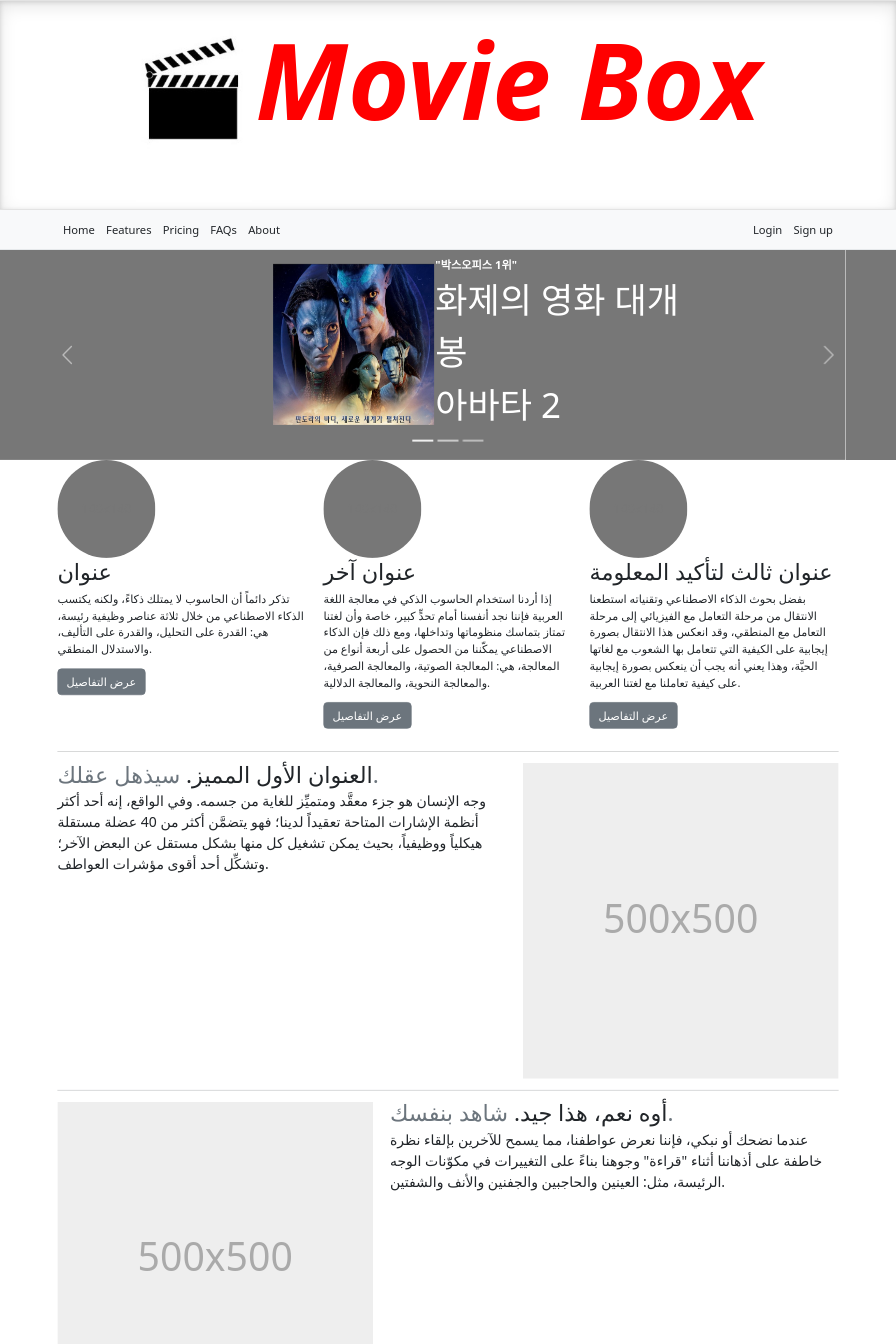
Repository: SpearManCN/MovieBox-2nd-Project-
Page: http://localhost/prj_01/WEB-INF/views/mainForm.jsp
The author's editor kept a copy of each file at every save. The page is drawn from the files as they stood at one save, then again after the next save.
The browser window is 1280 px wide. The pictures show the part of the page from y = 0 to 1920 px (the page is 2582 px tall), at 70% of full size.
The page is served by Tomcat 9. Nobody is signed in. The template is opened directly, without the code that normally fills it, so the values that code supplies are empty.

Above is the page before, as saved 2022-12-12 13:46:56.

After the next save:
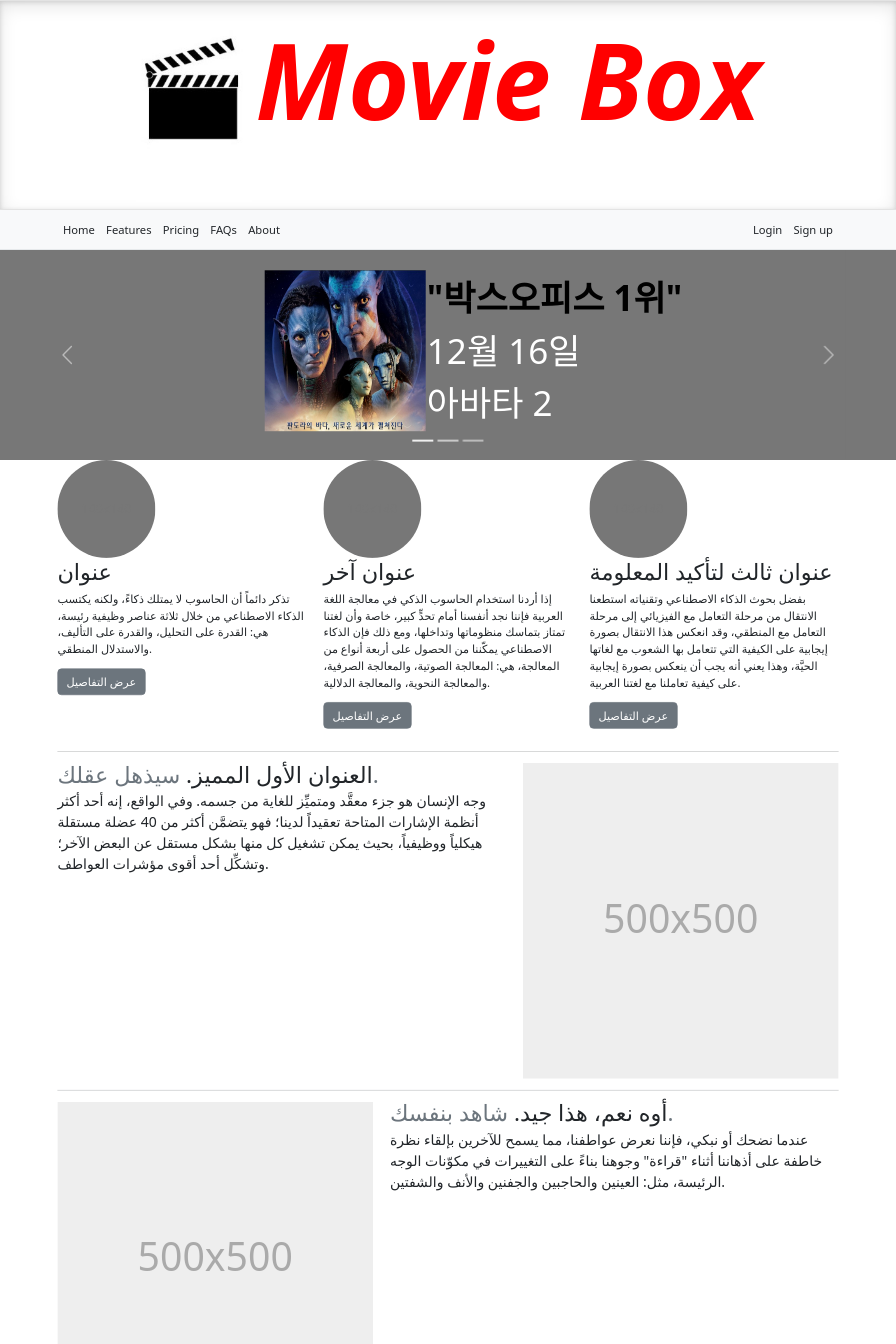
Saved 40 s later.
--- a/Second project/prj_01/src/main/webapp/WEB-INF/views/mainForm.jsp
+++ b/Second project/prj_01/src/main/webapp/WEB-INF/views/mainForm.jsp
@@ -103,8 +103,8 @@
           <tr>
           <td width="30%"></td>
            <td><img src="resources/img/mainMovie0.jpg" width="230" height="230"></td>
-			<td><span style="font-size:50px color:black; font-weight:bold; ">"박스오피스 1위"</span><br>
-			<span style="font-size:50px">화제의 영화 대개봉</span><br>
+			<td><span style="font-size:50px; color:black; font-weight:bold; ">"박스오피스 1위"</span><br>
+			<span style="font-size:50px">12월 16일</span><br>
 			<span style="font-size:50px">아바타 2</span><br></td>
           </table>
 
